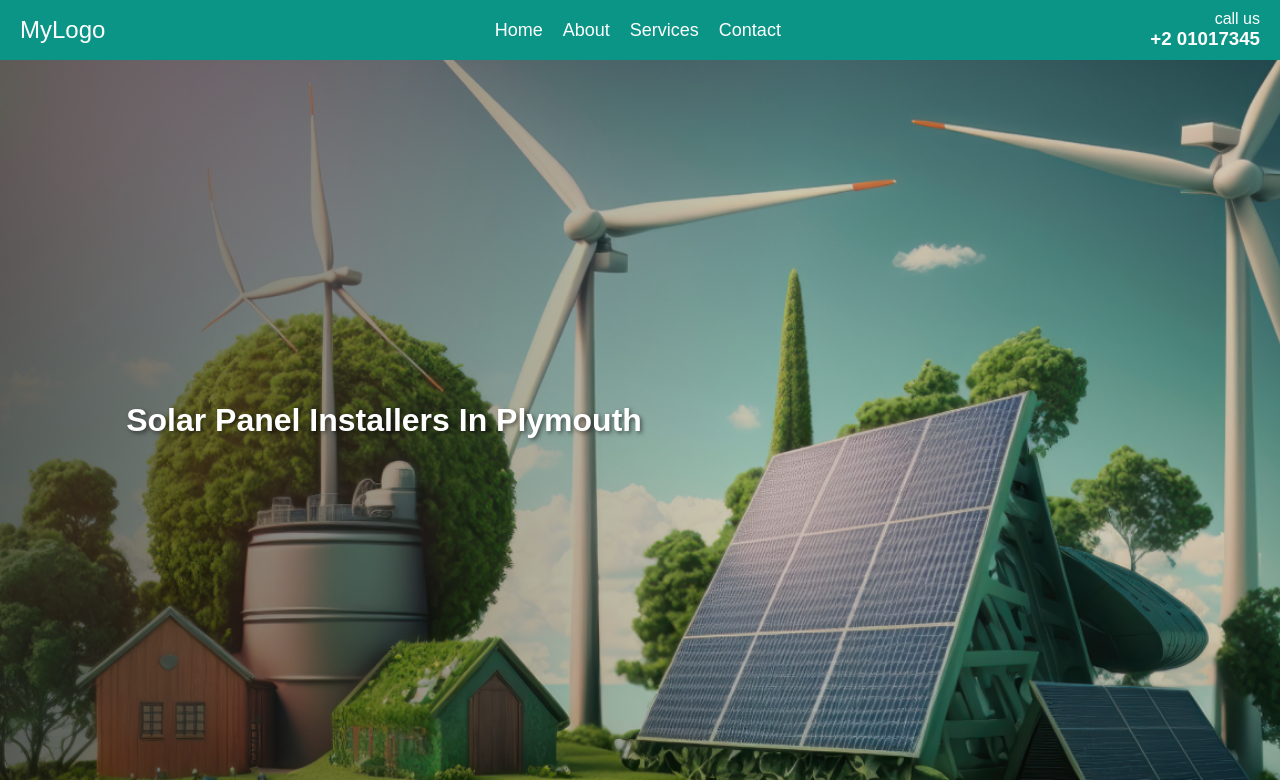
Repository: MaramNabil872/Landing-Page
Page: landingPage.html
These files come from the project's save history. The page is drawn as it stood at one moment and after a run of saves; the edit follows.
The browser window is 1280 px wide. The pictures show the whole page.

Above is the page before, as saved 2024-10-20 20:21:32.

After the next 2 saves:
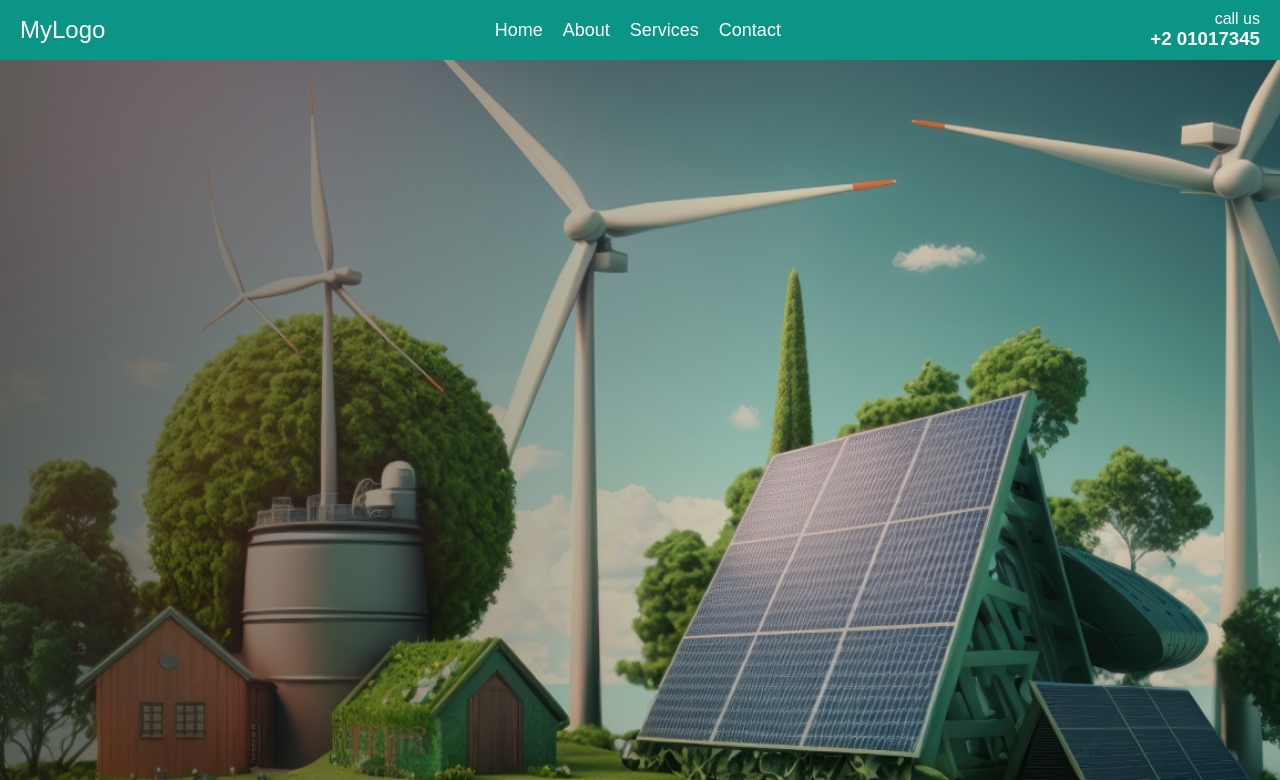
The 2 saves are shown as one change because they came seconds apart.
The last was saved 26 s later.
--- a/landingPage.html
+++ b/landingPage.html
@@ -25,8 +25,8 @@
 
       <div class="image-container">
         <img src="images/solar-panels-meadow 1.png" alt="Background Image" class="background-image">
-        <div>
-            <h2 class="text-overlay">Solar Panel Installers In Plymouth</h2>
+        <div >
+            <h2 class="text-wallpaper">Solar Panel Installers In Plymouth</h2>
         <p>Fueled is an award-winning technology consultancy that transforms businesses by generating ideas, building products, and accelerating growth.</p></div>
       </div>
 

After the 2 saves that followed:
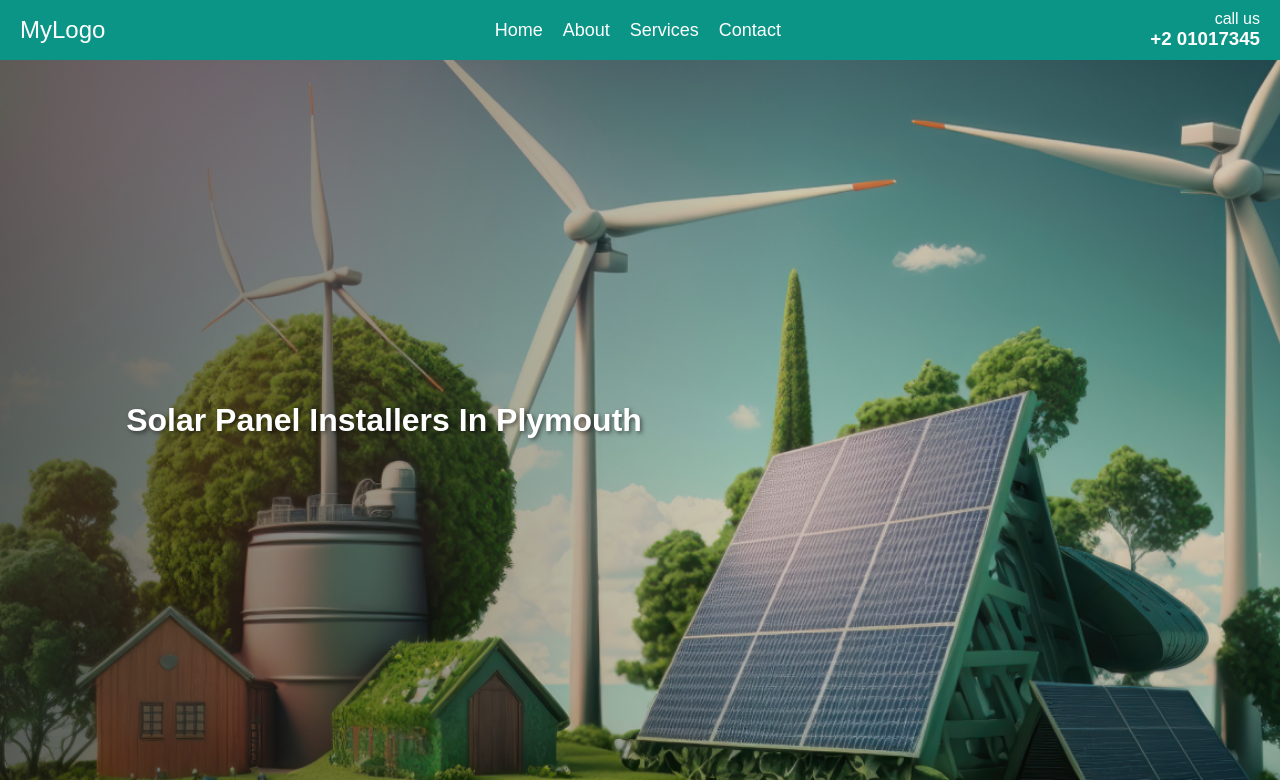
The 2 saves are shown as one change because 1 left the picture as it was.
The last was saved 15 s later.
--- a/landingPage.html
+++ b/landingPage.html
@@ -25,7 +25,7 @@
 
       <div class="image-container">
         <img src="images/solar-panels-meadow 1.png" alt="Background Image" class="background-image">
-        <div >
+        <div class="main-text">
             <h2 class="text-wallpaper">Solar Panel Installers In Plymouth</h2>
         <p>Fueled is an award-winning technology consultancy that transforms businesses by generating ideas, building products, and accelerating growth.</p></div>
       </div>
--- a/landingPage.css
+++ b/landingPage.css
@@ -62,7 +62,7 @@ body {
     object-fit: cover; /* Ensure the image covers the entire container */
 }
 
-.text-overlay {
+.text-wallpaper {
     position: absolute;
     top: 50%;
     left: 30%;
